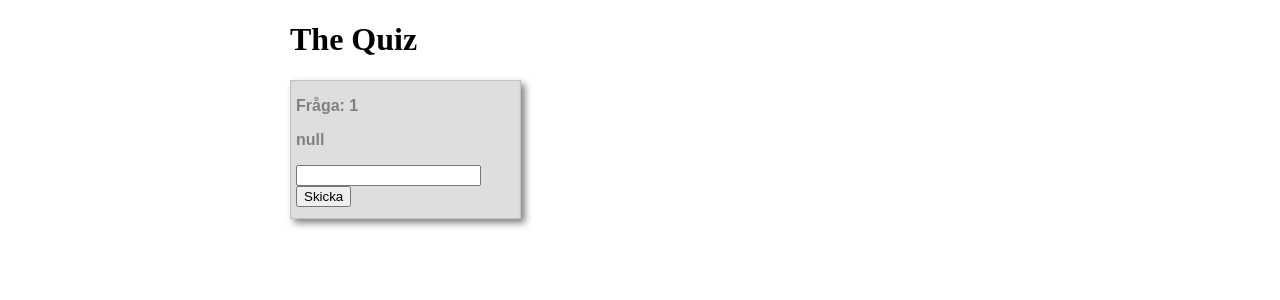
Repository: sk222sw/1dv403-laborationer
Page: 4-thequiz/index.html
The author's editor kept a record of every edit. The page is drawn from the files as they stood at one moment, then again after the next edit.
The browser window is 1280 px wide. The pictures show the whole page.
The page's requests for data from a server got no answer.

Above is the page before.

### 4-thequiz/index.html
<!DOCTYPE html>
<html lang="sv">
    <head>
        <meta charset="UTF-8">
        <title>The quiz</title>
        <link rel="stylesheet" href="css/style.css" type="text/css" />
    </head>
    <body>
        <main>
            <header>
                <h1>The Quiz</h1>
            </header>
            <content>

                <section id="quizSection">

                    <p id="questionNumber"></p>
                    <p id="questionText">null</p>
                    <input type="text" name="textarea" value="" id="userInputArea"/>

                    <input type="button" name="button" value="Skicka" id="btnSubmit"/>
                    <p id="rightOrWrong"></p>
                </section>

            </content>
        </main>

        <script type="text/javascript" src="script/script.js"></script>
    </body>
</html>

### 4-thequiz/css/style.css
main {
    position: relative;
    margin: 0 auto;
    width: 700px;
}

main section {
    width: 225px;
    height: 135px;
    padding: 1px 0px 3px 6px;

    font-family: sans-serif;
    font-weight: bold;

    color: grey;
    background-color: #DEDEDE;

    box-shadow: 4px 4px 7px grey, inset 0 0 2px grey;
}

### 4-thequiz/script/script.js
"use strict"

var quiz = {
    questionText: document.getElementById("questionText"),
    thisQuestion: "http://vhost3.lnu.se:20080/question/1",
    questionNumber: 1,

    init: function(){
        quiz.thisQuestion = quiz.getQuestion(quiz.thisQuestion);

        quiz.writeElements();
        var btnSubmit = document.getElementById("btnSubmit");
        btnSubmit.addEventListener("click", quiz.getUserInput);
    },

    writeElements: function() {
        //skapa dom-element

        //gör variabler av dom-ids
        var questionNumber = document.getElementById("questionNumber");

        //set attribut

        //skriv ut dem
        questionNumber.innerHTML = "Fråga: " + quiz.questionNumber;

    },

    getQuestion: function(address){
        var xhr = new XMLHttpRequest();
                xhr.onreadystatechange = function() {

                    if (xhr.readyState === 4) {
                        if (xhr.status >= 200 &&
                            xhr.status <= 300 ||
                            xhr.status === 304) {

                            var JSONreturn = xhr.responseText;
                            quiz.thisQuestion = JSON.parse(JSONreturn);

                            console.log(quiz.thisQuestion);

                            quiz.displayQuestion(quiz.thisQuestion);
                            // quiz.questionText.innerHTML = thisQuestion.question;
                        } else {
                            console.log("Felkod: " + xhr.status);
                        }
                    }

                };
            xhr.open("GET", address, true);
            xhr.send(null);
    },

    getUserInput: function(address){
        var userInputArea = document.getElementById("userInputArea");
        var userAnswer = null;

        var xhr = new XMLHttpRequest();
                xhr.onreadystatechange = function() {

                    if (xhr.readyState === 4) {
                        if (xhr.status >= 200 &&
                            xhr.status <= 300 ||
                            xhr.status === 304) {

                            console.log(xhr.responseText);
                            var JSONreturn = JSON.parse(xhr.responseText);

                            if (JSONreturn.hasOwnProperty("nextURL")) {
                                quiz.thisQuestion = JSONreturn.nextURL;
                                quiz.rightOrWrong(JSONreturn.message);
                                quiz.getQuestion(JSONreturn.nextURL);
                            } else {
                                quiz.youWin();
                            }


                        } else {
                            quiz.rightOrWrong("Fel svar!");
                            console.log("felkod: " + xhr.status);
                        }
                    }

                };

            xhr.open("POST", quiz.thisQuestion.nextURL, true);
			xhr.setRequestHeader("Content-Type", "application/json");
			userAnswer = {"answer": userInputArea.value}
			xhr.send(JSON.stringify(userAnswer));

    },

    displayQuestion: function(e){
        console.log(e);
        quiz.questionText.innerHTML = e.question;
    },

    rightOrWrong: function(message){
        document.getElementById("rightOrWrong").innerHTML = message;
    },

    youWin: function(){
        document.getElementById("rightOrWrong").innerHTML = "Congrats, you win!";
    }




};

window.onload = quiz.init();

// window.onload = function() {

//     document.getElementById("btnSubmit").addEventListener("click", function(){
//         var xhr = new XMLHttpRequest();

//         xhr.onreadystatechange = function() {

//             if (xhr.readyState === 4) {
//                 if (xhr.status >= 200 &&
//                     xhr.status <= 300 ||
//                     xhr.status === 304) {

//                     var pers = JSON.parse(xhr.responseText);

//                     console.log(pers.question);
//                 }
//             }
//         };
//         xhr.open("GET", "http://vhost3.lnu.se:20080/question/1", true);
//         xhr.send(null);
//     });

// };

After the next edit:
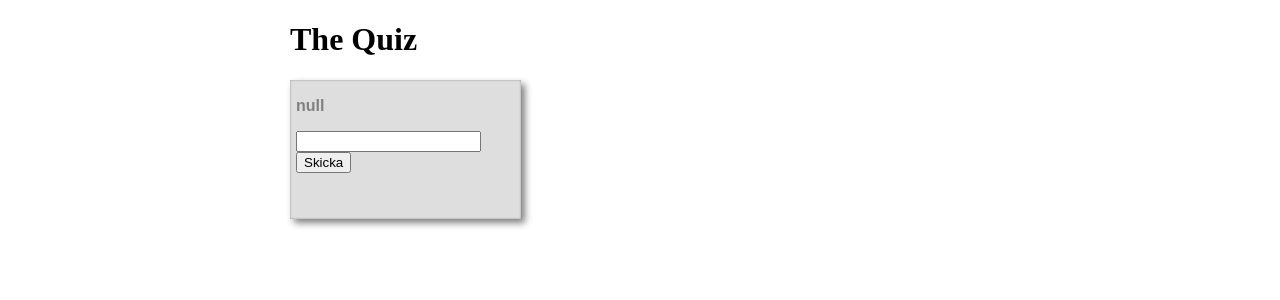
Console error: TypeError: quiz.writeElements is not a function
The edit:
--- a/4-thequiz/script/script.js
+++ b/4-thequiz/script/script.js
@@ -13,18 +13,18 @@
         btnSubmit.addEventListener("click", quiz.getUserInput);
     },
 
-    writeElements: function() {
-        //skapa dom-element
+    // writeElements: function() {
+    //     //skapa dom-element
 
-        //gör variabler av dom-ids
-        var questionNumber = document.getElementById("questionNumber");
+    //     //gör variabler av dom-ids
+    //     var questionNumber = document.getElementById("questionNumber");
 
-        //set attribut
+    //     //set attribut
 
-        //skriv ut dem
-        questionNumber.innerHTML = "Fråga: " + quiz.questionNumber;
+    //     //skriv ut dem
+    //     questionNumber.innerHTML = "Fråga: " + quiz.questionNumber;
 
-    },
+    // },
 
     getQuestion: function(address){
         var xhr = new XMLHttpRequest();
